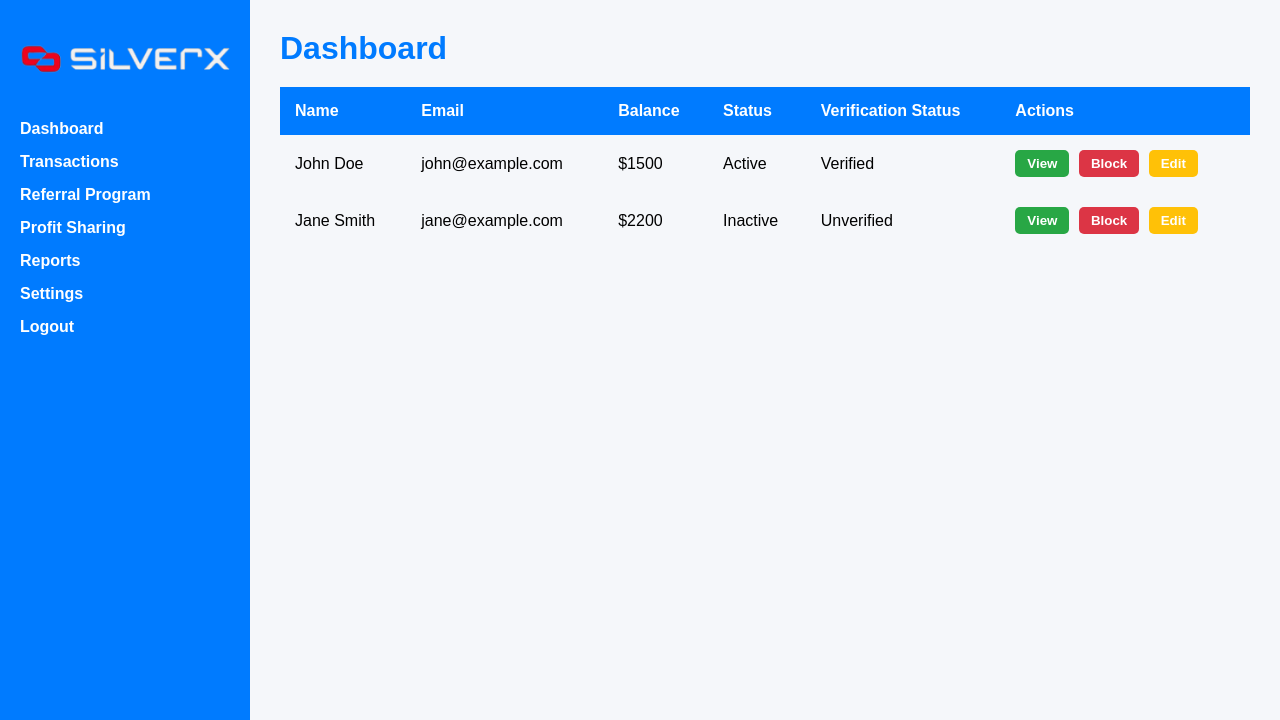
Repository: 2025silverx/slivedrX
Page: index.html
These files come from the project's save history. The page is drawn as it stood at one moment and after the next save; the edit follows.
The browser window is 1280 px wide. The pictures show the whole page.

Above is the page before, as saved 2025-01-05 02:51:36.

### index.html
<!DOCTYPE html>
<html lang="en">
<head>
    <meta charset="UTF-8">
    <meta name="viewport" content="width=device-width, initial-scale=1.0">
    <title>Admin Panel - Users</title>
    <link rel="stylesheet" href="style.css">
</head>

<body>

    <div id="sidebar-container">
        <div class="sidebar">
            <img src="images/logo.png" alt="Sidebar Logo" class="sidebar-logo">
            <ul class="sidebar-links">
                <li><a href="index.html" class="sidebar-link" data-target="dashboard">Dashboard</a></li>
                <li><a href="index2.html" class="sidebar-link" data-target="transactions">Transactions</a></li>
                <li><a href="indesx3.html" class="sidebar-link" data-target="reports">Referral Program</a></li>
                <li><a href="index4.html" class="sidebar-link" data-target="users">Profit Sharing</a></li>
                <li><a href="index5.html" class="sidebar-link" data-target="reports">Reports</a></li>
                <li><a href="setting.html" class="sidebar-link" data-target="settings">Settings</a></li>
                <li><a href="login.html" class="sidebar-link" data-target="logout">Logout</a></li>
            </ul>
        </div>
    </div>

    <div class="main-content">
        <h1>Dashboard</h1>
        <table>
            <thead>
                <tr>
                    <th>Name</th>
                    <th>Email</th>
                    <th>Balance</th>
                    <th>Status</th>
                    <th>Verification Status</th>
                    <th>Actions</th>
                </tr>
            </thead>
            <tbody id="userTable">
                <tr>
                    <td>John Doe</td>
                    <td>john@example.com</td>
                    <td>$1500</td>
                    <td>Active</td>
                    <td>Verified</td>
                    <td>
                        <button class="action-btn view" onclick="viewUser()">View</button>
                        <button class="action-btn block" onclick="blockUser()">Block</button>
                        <button class="action-btn edit" onclick="editUser()">Edit</button>
                    </td>
                </tr>
                <tr>
                    <td>Jane Smith</td>
                    <td>jane@example.com</td>
                    <td>$2200</td>
                    <td>Inactive</td>
                    <td>Unverified</td>
                    <td>
                        <button class="action-btn view" onclick="viewUser()">View</button>
                        <button class="action-btn block" onclick="blockUser()">Block</button>
                        <button class="action-btn edit" onclick="editUser()">Edit</button>
                    </td>
                </tr>
                <!-- Additional rows can be added here -->
            </tbody>
        </table>
    </div>

    <script src="script.js"></script>
</body>
</html>

### style.css
/* Reset some default styles */
* {
    margin: 0;
    padding: 0;
    box-sizing: border-box;
}

/* Body and container styles */
body {
    font-family: Arial, sans-serif;
    display: flex;
    height: 100vh;
    background-color: #f5f7fa;
}

.sidebar {
    width: 250px;
    background-color: #007bff;
    color: white;
    padding: 20px;
    display: flex;
    flex-direction: column;
    position: sticky;
    top: 0;
    height: 100vh;
    /* Remove any margin or padding at the side */
    margin-right: 0;
}

/* Sidebar heading */
.sidebar h2 {
    margin-bottom: 20px;
    text-align: center;
}

/* Sidebar links */
.sidebar-links {
    list-style: none;
}

.sidebar-links li {
    margin-bottom: 15px;
}

.sidebar-links a {
    text-decoration: none;
    color: white;
    font-weight: bold;
}

.sidebar-links a:hover {
    color: #f0f0f0;
}

.filters {
    margin-top: 20px;
}

.filters label {
    color: white;
}

.sidebar-links {
    list-style: none;
    margin-top: 30px;
}

.sidebar-links li {
    margin-bottom: 15px;
}

.sidebar-links a {
    text-decoration: none;
    color: white;
    font-weight: bold;
}

.sidebar-links a:hover {
    color: #f0f0f0;
}

/* Main content area */
.main-content {
    flex: 1;
    padding: 30px;
    overflow-y: auto;
}

h1 {
    color: #007bff;
    margin-bottom: 20px;
}

/* Table styles */
table {
    width: 100%;
    border-collapse: collapse;
    margin-top: 20px;
}

th, td {
    padding: 15px;
    text-align: left;
}

th {
    background-color: #007bff;
    color: white;
}

td {
    background-color: #f5f7fa;
}

.action-btn {
    padding: 6px 12px;
    border: none;
    cursor: pointer;
    border-radius: 5px;
    margin-right: 5px;
    font-weight: bold;
}

.action-btn.view {
    background-color: #28a745;
    color: white;
}

.action-btn.view:hover {
    background-color: #218838;
}

.action-btn.block {
    background-color: #dc3545;
    color: white;
}

.action-btn.block:hover {
    background-color: #c82333;
}

.action-btn.edit {
    background-color: #ffc107;
    color: white;
}

.action-btn.edit:hover {
    background-color: #e0a800;
}

/* Responsive styles */
@media (max-width: 768px) {
    .sidebar {
        width: 200px;
    }

    .main-content {
        padding: 20px;
    }

    table {
        font-size: 14px;
    }

    th, td {
        padding: 10px;
    }
}

@media (max-width: 480px) {
    .sidebar {
        width: 100%;
        position: static;
    }

    .main-content {
        margin-top: 20px;
    }

    table {
        font-size: 12px;
    }
}

### script.js
function viewUser() {
    alert('Viewing user details...');
}

function blockUser() {
    alert('User has been blocked!');
}

function editUser() {
    alert('Editing user...');
}

// You can add additional JavaScript functionality for filters or search functionality.
function validateForm() {
    // Get the username and password values from the form
    var username = document.getElementById('username').value;
    var password = document.getElementById('password').value;

    // Simple validation: Check if the fields are not empty
    if (username && password) {
        // Redirect to the next page (e.g., 'dashboard.html')
        window.location.href = "index.html";  // Replace with the actual next page URL
        return false; // Prevent the form from actually submitting and refreshing the page
    } else {
        // Alert if either of the fields are empty
        alert("Please fill in both fields.");
        return false;  // Prevent form submission if validation fails
    }
}

After the next save:
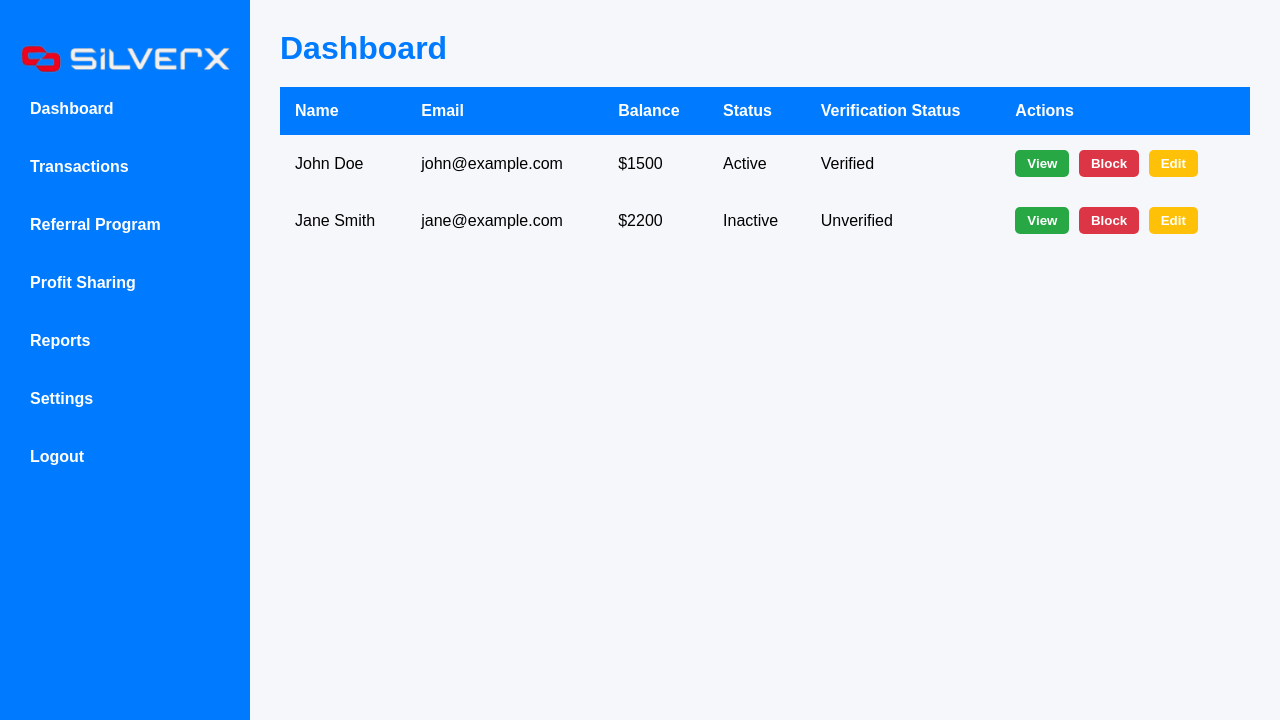
Saved 16 s later.
--- a/style.css
+++ b/style.css
@@ -13,6 +13,7 @@
     background-color: #f5f7fa;
 }
 
+/* Sidebar styles */
 .sidebar {
     width: 250px;
     background-color: #007bff;
@@ -39,44 +40,25 @@
 }
 
 .sidebar-links li {
-    margin-bottom: 15px;
+    margin-bottom: 20px; /* Increased margin for better spacing */
 }
 
 .sidebar-links a {
     text-decoration: none;
     color: white;
     font-weight: bold;
+    display: block;
+    padding: 10px;
+    font-size: 16px;
+    transition: color 0.3s ease;
 }
 
 .sidebar-links a:hover {
-    color: #f0f0f0;
+    color: #f0f0f0; /* Light gray on hover */
 }
 
-.filters {
-    margin-top: 20px;
-}
-
-.filters label {
-    color: white;
-}
-
-.sidebar-links {
-    list-style: none;
-    margin-top: 30px;
-}
-
-.sidebar-links li {
-    margin-bottom: 15px;
-}
-
-.sidebar-links a {
-    text-decoration: none;
-    color: white;
-    font-weight: bold;
-}
-
-.sidebar-links a:hover {
-    color: #f0f0f0;
+.sidebar-links a:active {
+    color: #ff6347; /* Red color on click */
 }
 
 /* Main content area */

After the save that followed:
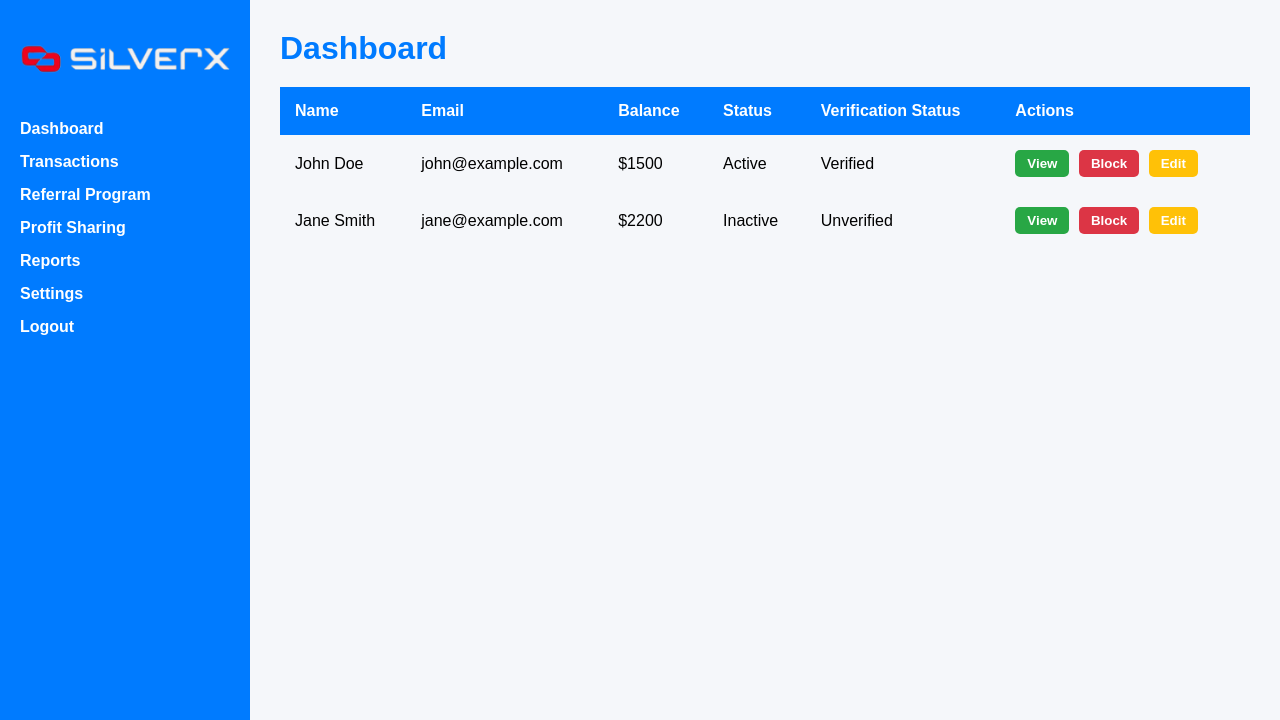
Saved 6 s later.
--- a/style.css
+++ b/style.css
@@ -13,7 +13,6 @@
     background-color: #f5f7fa;
 }
 
-/* Sidebar styles */
 .sidebar {
     width: 250px;
     background-color: #007bff;
@@ -40,25 +39,44 @@
 }
 
 .sidebar-links li {
-    margin-bottom: 20px; /* Increased margin for better spacing */
+    margin-bottom: 15px;
 }
 
 .sidebar-links a {
     text-decoration: none;
     color: white;
     font-weight: bold;
-    display: block;
-    padding: 10px;
-    font-size: 16px;
-    transition: color 0.3s ease;
 }
 
 .sidebar-links a:hover {
-    color: #f0f0f0; /* Light gray on hover */
+    color: #f0f0f0;
 }
 
-.sidebar-links a:active {
-    color: #ff6347; /* Red color on click */
+.filters {
+    margin-top: 20px;
+}
+
+.filters label {
+    color: white;
+}
+
+.sidebar-links {
+    list-style: none;
+    margin-top: 30px;
+}
+
+.sidebar-links li {
+    margin-bottom: 15px;
+}
+
+.sidebar-links a {
+    text-decoration: none;
+    color: white;
+    font-weight: bold;
+}
+
+.sidebar-links a:hover {
+    color: #f0f0f0;
 }
 
 /* Main content area */
